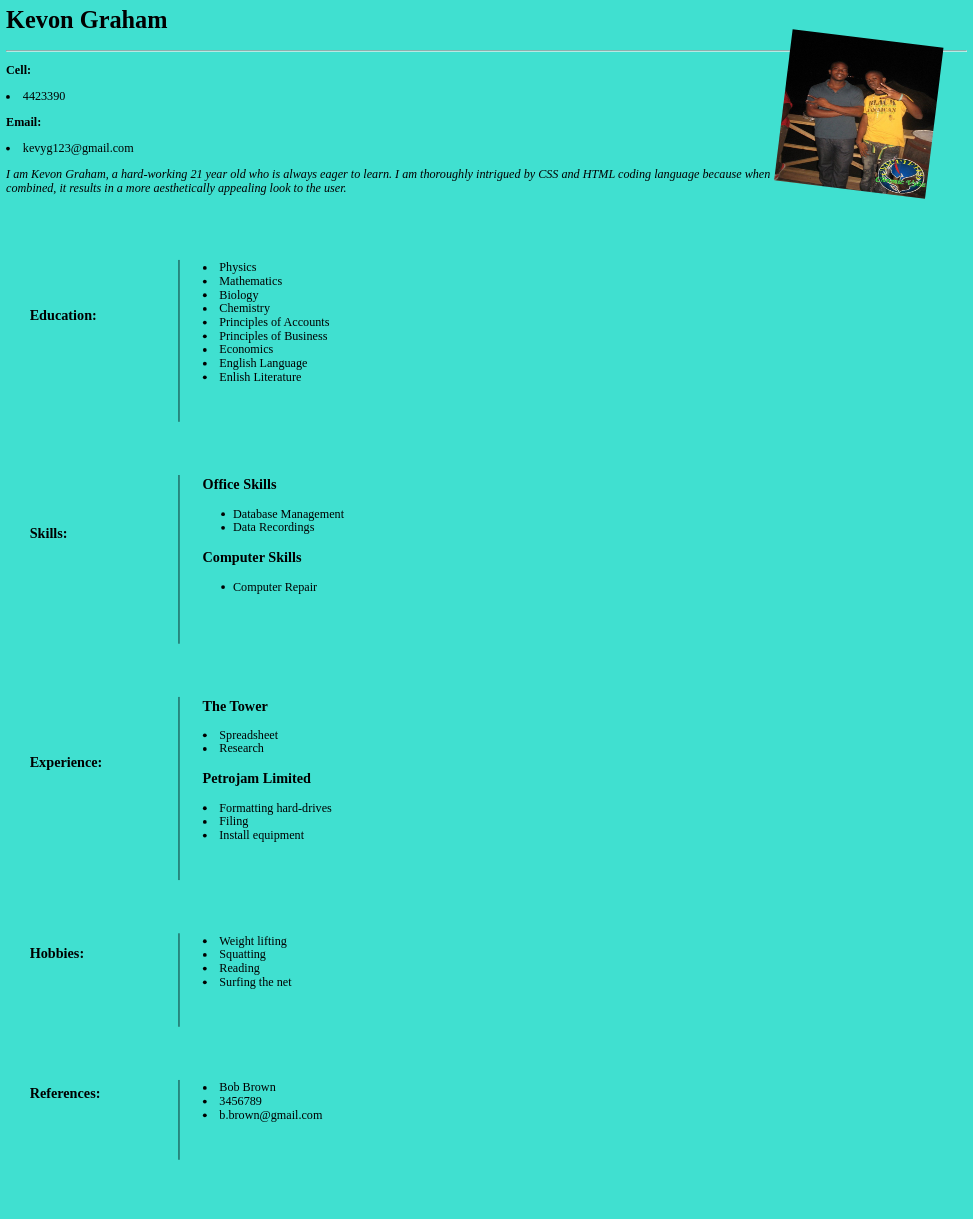
Repository: kevvykev/webproject0
Page: index.html
The author's editor kept a record of every edit. The page is drawn from the files as they stood at one moment, then again after the next edit.
The browser window is 1280 px wide. The pictures show the whole page, at 76% of full size.

Above is the page before.

### index.html
<Doctype html>

<html>
	<head>

	<title>  Kevon Graham </title>

	<link rel="stylesheet" type="text/css" href="stylesheet.css" />
	</head>

	<body>
	<h1> Kevon Graham </h1>
	<hr>
	<img id="pic" style="width:200px; height:200px;" src ="photo-5.jpeg"/>

		<p><strong> Cell: </strong> </p>
		<li> 4423390 </li>
		<p><strong> Email: </strong> </p>
		<li> kevyg123@gmail.com</li>
		<p><em>I am Kevon Graham, a hard-working 21 year old who is always eager to learn. I am thoroughly intrigued by CSS and HTML coding language because when combined, it results in a more aesthetically appealing look to the user. </em></p>

	<table>

		<tr>
			<td class="edu" ><h3>Education:</h3></td>
				<td>
				<li>Physics</li>
				<li>Mathematics</li>
				<li>Biology</li>
				<li>Chemistry</li>
				<li>Principles of Accounts</li>
				<li>Principles of Business</li>
				<li>Economics</li>
				<li>English Language</li>
				<li>Enlish Literature</li>
		</tr>

			</td>

		<tr>

			<td class="edu"><h3>Skills:</h3></td>

			<td>
				<h3>Office Skills</h3>

				<ul>
					<li>Database Management </li>
					<li>Data Recordings</li>
				</ul>

					<h3>Computer Skills</h3>
				<ul>


					<li>Computer Repair</li>

				</ul>
			</td>

		</tr>

		<tr>
			<td class="edu"><h3>Experience:</h3></td>

			<td>
				<h3>The Tower </h3>

					</ul>
						<li> Spreadsheet</li>
						<li> Research</li>

					</ul>
				<h3>Petrojam Limited</h3>

					</ul>
						<li> Formatting hard-drives</li>
						<li> Filing</li>
						<li> Install equipment</li>

					</ul>
			</td>
		</tr>

		<tr>
			<td class="edu"><h3>Hobbies:</h3></td>

			<td>
				<li>Weight lifting </li>
				<li>Squatting </li>
				<li>Reading</li>
				<li>Surfing the net</li>

			<td>
		</tr>

		<tr>
			<td class="edu"><h3>References:</h3></td>

			<td>
		 		<li>Bob Brown</li>
		 		<li>3456789</li>
		 		<li>b.brown@gmail.com</li>

			</td>
		</tr>
	</table>

	</body>


</html>

### stylesheet.css
table{
	border-collapse: separate;
	border-spacing: 30px 70px;
}

td{
	padding-right: 100px;
	padding-bottom: 50px;
}

.edu{
	border-right: 1px;
	border-style: solid;
	border-left: 0px;
	border-bottom: 0px;
	border-top: 0px;
}

img{
	position: absolute;
	top:50px;
	right: 50px;
	width: 100px;
	height: 150px;
	transform: rotate(7deg);
}

body{
	background-color: turquoise
}

p{

	word-wrap: word-break;
	max-width: 80%;
}

After the next edit:
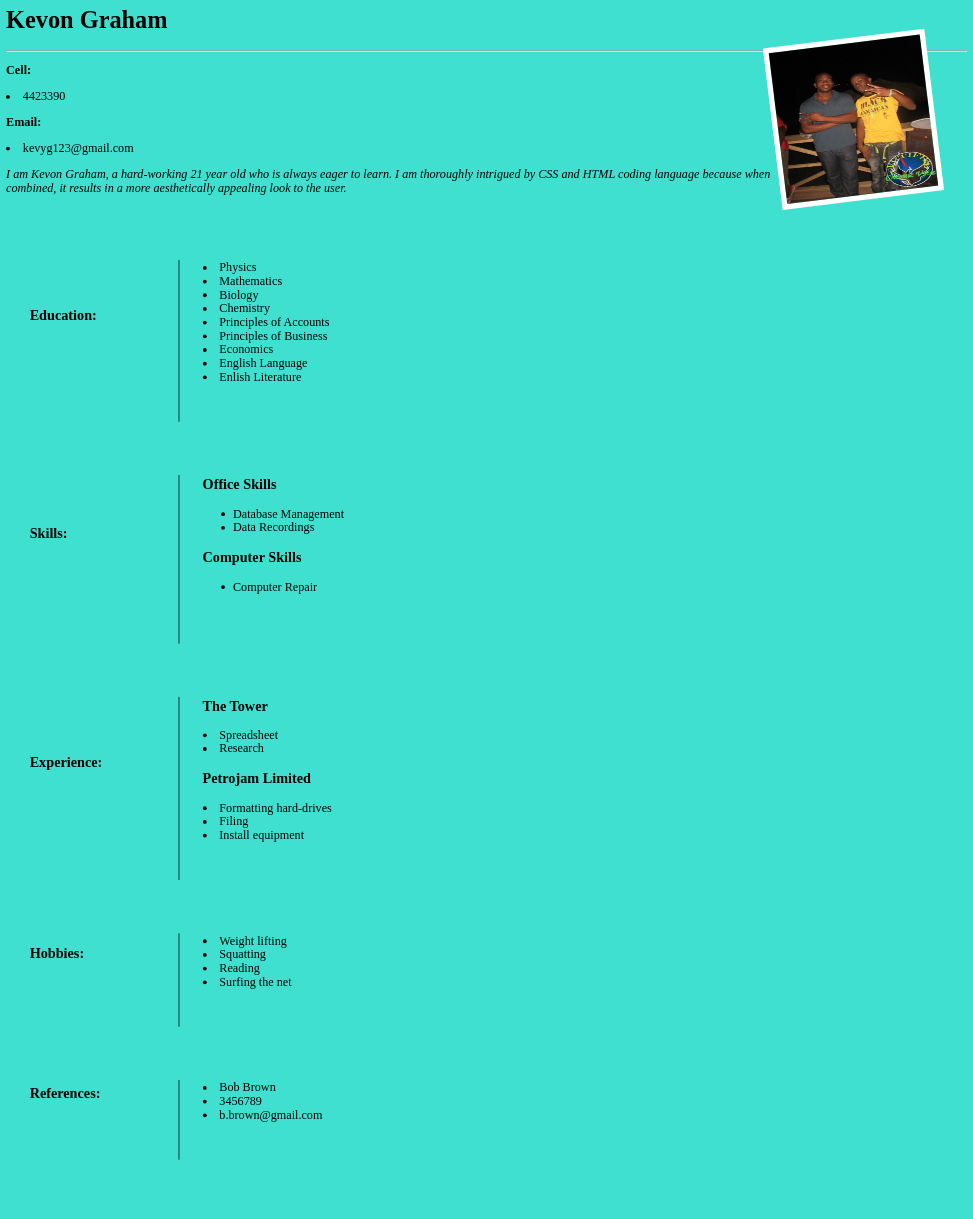
The edit:
--- a/stylesheet.css
+++ b/stylesheet.css
@@ -22,7 +22,8 @@
 	right: 50px;
 	width: 100px;
 	height: 150px;
-	transform: rotate(7deg);
+	transform: rotate(-7deg);
+	border: 7px solid white;
 }
 
 body{
